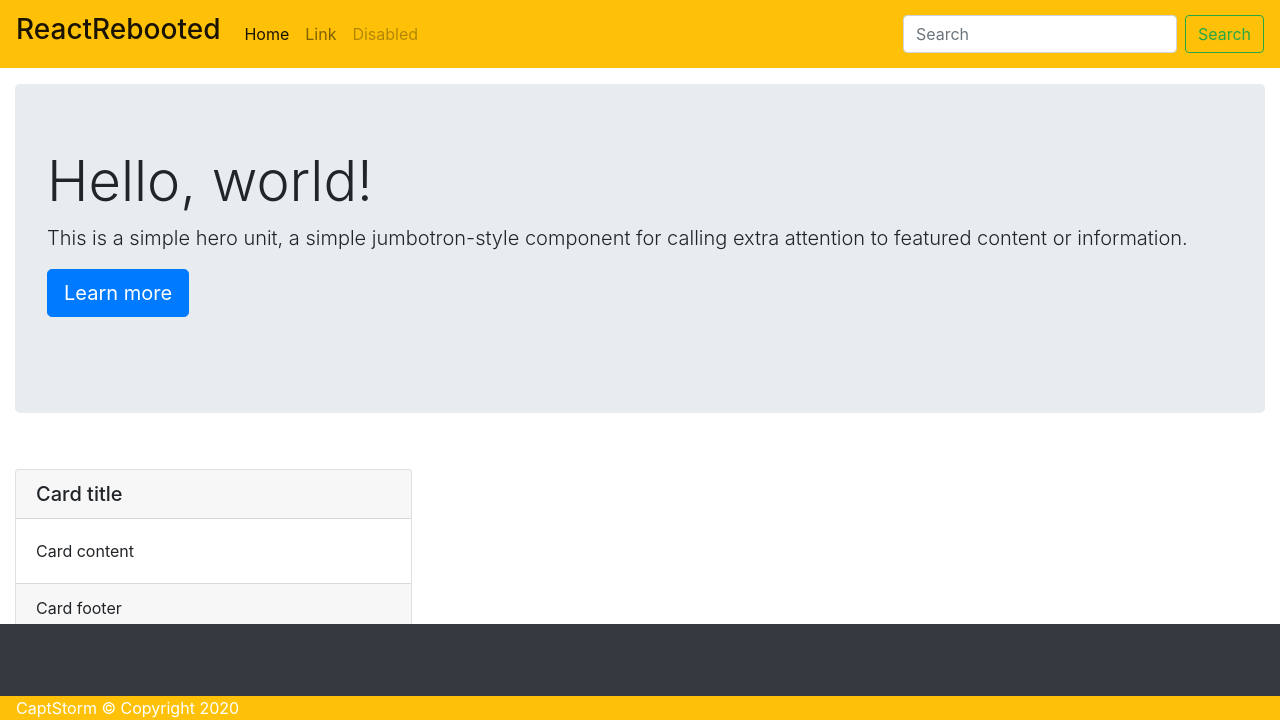
Repository: CaptainStorm21/complete-react16-bootstrap-passing-props
Page: /
The author's editor kept a copy of each file at every save. The page is drawn from the files as they stood at one save, then again after a run of saves.
The browser window is 1280 px wide. The pictures show the whole page.
The project was rebuilt for these pictures with package versions that can differ from the ones it lists, and the page was loaded fresh each time. Also part of the build but not shown: src/components/layout/Nav.css.

Above is the page before, as saved 2020-04-23 21:01:52.

### public/index.html
<!DOCTYPE html>
<html lang="en">
<head>
  <title>Bootstrap Example</title>
  <meta charset="utf-8">
  <meta name="viewport" content="width=device-width, initial-scale=1">
  <link rel="stylesheet" href="https://maxcdn.bootstrapcdn.com/bootstrap/4.4.1/css/bootstrap.min.css">
  <script src="https://ajax.googleapis.com/ajax/libs/jquery/3.4.1/jquery.min.js"></script>
  <script src="https://cdnjs.cloudflare.com/ajax/libs/popper.js/1.16.0/umd/popper.min.js"></script>
  <script src="https://maxcdn.bootstrapcdn.com/bootstrap/4.4.1/js/bootstrap.min.js"></script>
</head>
<body>
<div id="root"></div>

</body>
</html>

### src/index.js
import React from 'react';
import ReactDOM from 'react-dom';
import './style.css';
import App from './App';
import * as serviceWorker from './serviceWorker';


ReactDOM.render(
  <React.StrictMode>
    <App />
  </React.StrictMode>,
  document.getElementById('root')
);

// If you want your app to work offline and load faster, you can change
// unregister() to register() below. Note this comes with some pitfalls.
// Learn more about service workers: https://bit.ly/CRA-PWA
serviceWorker.unregister();

### src/style.css




body {
  margin: 0;
  font-family: -apple-system, BlinkMacSystemFont, 'Segoe UI', 'Roboto', 'Oxygen',
    'Ubuntu', 'Cantarell', 'Fira Sans', 'Droid Sans', 'Helvetica Neue',
    sans-serif;
  -webkit-font-smoothing: antialiased;
  -moz-osx-font-smoothing: grayscale;
}

.footer {
  position: absolute;
  bottom: 0;
  width: 100%;
  height: 60px; /* Set the fixed height of the footer here */
  line-height: 60px; /* Vertically center the text there */
  background-color: purple;
}

### src/App.js
import React from "react";
import Main from "./components/Main";
import ContanerCard from "./components/ContainerCard";

import Header from "./components/layout/Header";
import Footer from "./components/layout/Footer";

function App() {
  return (
    <div>
      <Header />
      <div classNameName="container-fluid">
        <div className="col-lg-12 py-3">
          <Main />
        </div>
        <div className="container-fluid">
          <div className="row">
            <ContanerCard />
          </div>
        </div>
        <Footer />
      </div>
    </div>
  );
}

export default App;

### src/components/Main.js
import React from "react";

function Main() {
  return (
    <div className="jumbotron">
      <h1 className="display-4">Hello, world!</h1>
      <p className="lead">
        This is a simple hero unit, a simple jumbotron-style component for
        calling extra attention to featured content or information.
        <p className = "py-3">
        <a className="btn btn-primary btn-lg" href="#" role="button">
          Learn more
        </a>
        </p>
      </p>
    </div>
  );
}

export default Main;

### src/components/ContainerCard.js
import React from "react";

function ContainerCard() {
  return (
    <div className="col-md-4 col-lg-4 py-2">
    <div className="card">
      <h5 className="card-header">Card title</h5>
      <div className="card-body">
        <p className="card-text">Card content</p>
      </div>
      <div className="card-footer">Card footer</div>
    </div>
    </div>
  );
}

export default ContainerCard;

### src/components/layout/Header.js
import React from "react";
import Navbar from "./Navbar";

function Header() {
  return (
    <nav className="navbar navbar-expand-lg navbar-light bg-warning">
              <Navbar />
    </nav>
  );
}

export default Header;

### src/components/layout/Footer.js
import React from "react";

function Footer() {
  return (
    <footer className="bg-dark py-5 fixed-bottom ">
      <div className="container"></div>
      <div className="container-fluid">
        <div className="row bg-info">
        <div className="bg-warning fixed-bottom">
          <span className="p-3 text-white">
            CaptStorm &copy; Copyright 2020
          </span>
        </div>        </div>
      </div>
    </footer>
  );
}

export default Footer;

### src/components/layout/Navbar.js
import React from "react";
import "./Nav.css";

function Navbar() {
  return (
    <>
 <a className="navbar-brand" href="#"><h3>ReactRebooted</h3></a>
  <button className="navbar-toggler" type="button" data-toggle="collapse" data-target="#navbarTogglerDemo02" aria-controls="navbarTogglerDemo02" aria-expanded="false" aria-label="Toggle navigation">
    <span className="navbar-toggler-icon"></span>
  </button>

  <div className="collapse navbar-collapse" id="navbarTogglerDemo02">
    <ul className="navbar-nav mr-auto mt-2 mt-lg-0">
      <li className="nav-item active">
        <a className="nav-link" href="#">Home <span className="sr-only">(current)</span></a>
      </li>
      <li className="nav-item">
        <a className="nav-link" href="#">Link</a>
      </li>
      <li className="nav-item">
        <a className="nav-link disabled" href="#" tabindex="-1" aria-disabled="true">Disabled</a>
      </li>
    </ul>
    <form className="form-inline my-2 my-lg-0 ">
      <input className="form-control mr-sm-2" type="search" placeholder="Search" />
      <button className="btn btn-outline-success my-2 my-sm-0" type="submit">Search</button>
    </form>
    </div>
        </>

  );
}

export default Navbar;

Loaded but not shown: src/serviceWorker.js (common file)

After the next 2 saves:
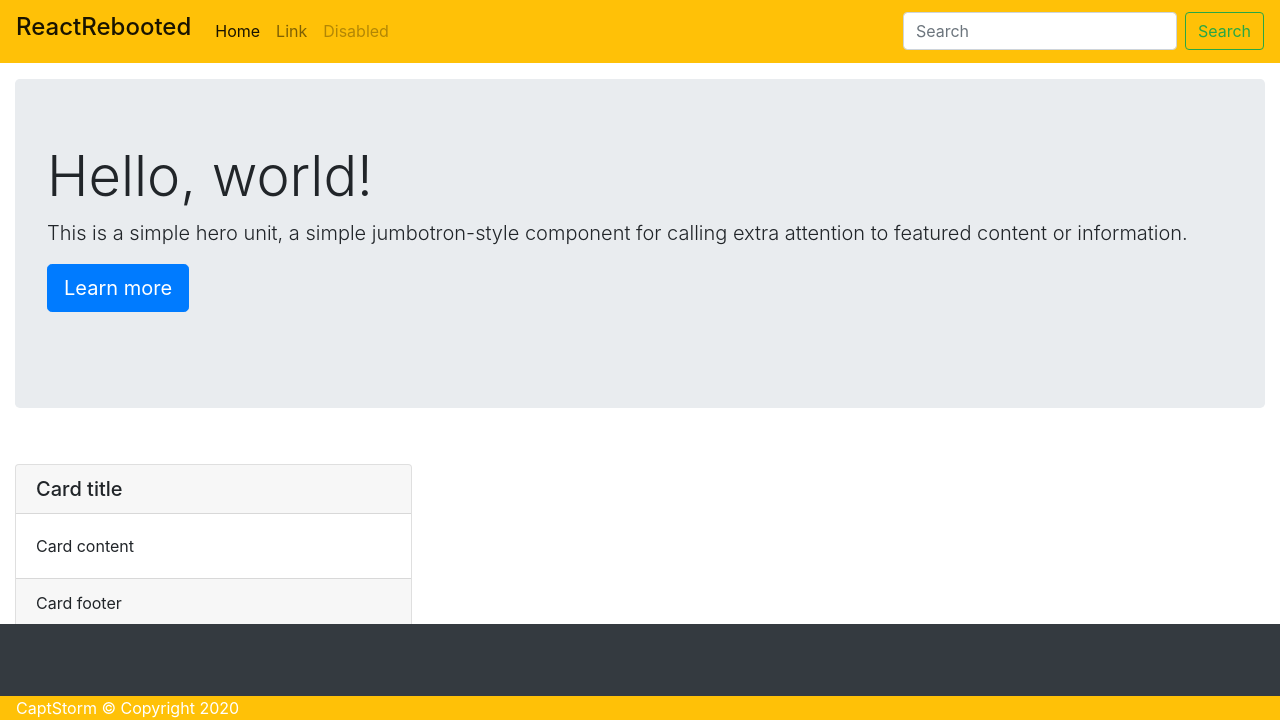
The 2 saves are shown as one change because they came seconds apart.
The last was saved 10 s later.
--- a/src/components/layout/Navbar.js
+++ b/src/components/layout/Navbar.js
@@ -4,7 +4,7 @@ import "./Nav.css";
 function Navbar() {
   return (
     <>
- <a className="navbar-brand" href="#"><h3>ReactRebooted</h3></a>
+ <a className="navbar-brand" href="#"><h4>ReactRebooted</h4></a>
   <button className="navbar-toggler" type="button" data-toggle="collapse" data-target="#navbarTogglerDemo02" aria-controls="navbarTogglerDemo02" aria-expanded="false" aria-label="Toggle navigation">
     <span className="navbar-toggler-icon"></span>
   </button>
